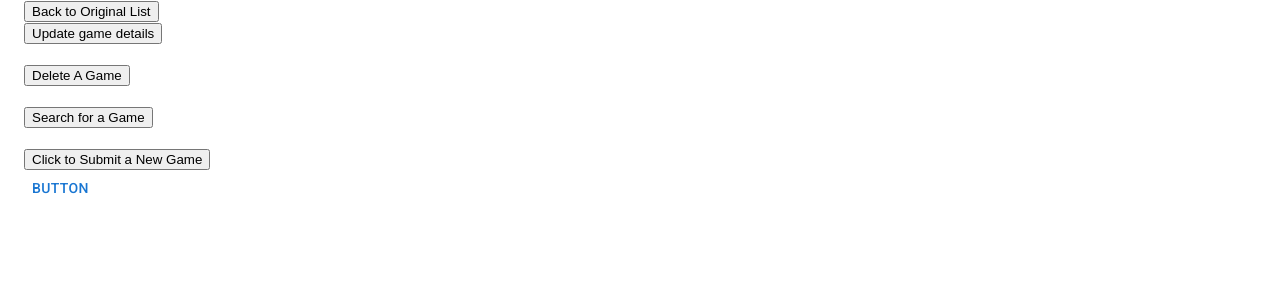
Repository: The-Software-Guild/assessment-2-react-nj10deadend
Page: / (app in Part-2/React-section/frontend/)
The author's editor kept a copy of each file at every save. The page is drawn from the files as they stood at one save, then again after the next save.
The browser window is 1280 px wide. The pictures show the whole page.
The page's requests for data from a server got no answer. The project was rebuilt for these pictures with package versions that can differ from the ones it lists, and the page was loaded fresh each time. No one was signed in, and anything a server would have sent is missing. Also part of the build but not shown: Part-2/React-section/frontend/src/App.css, Part-2/React-section/frontend/src/components/GameCards.js.

Above is the page before, as saved 2021-12-19 15:58:33.

After the next save:
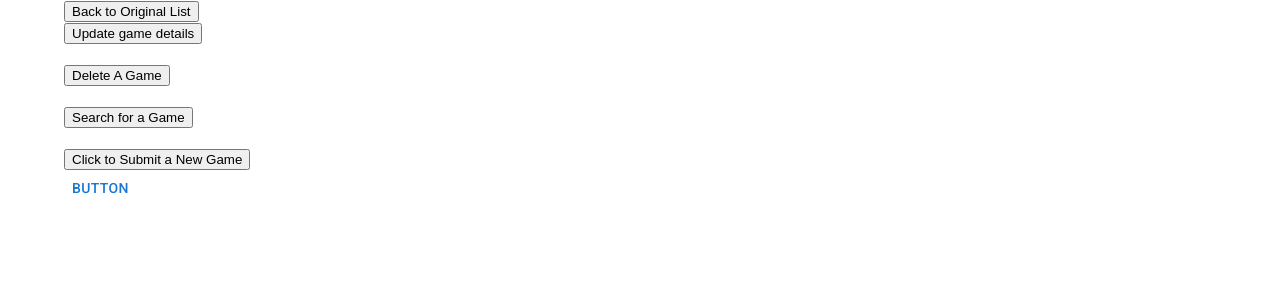
Saved 5 s later.
--- a/Part-2/React-section/frontend/src/App.js
+++ b/Part-2/React-section/frontend/src/App.js
@@ -29,7 +29,7 @@ function App() {
 
   return (
     // <div className="App">
-    <Container maxWidth="large">
+    <Container>
 
       <button onClick={getFetchGameServer}>Back to Original List</button>
       <UpdateGame getFetchGameServer={getFetchGameServer}/>
